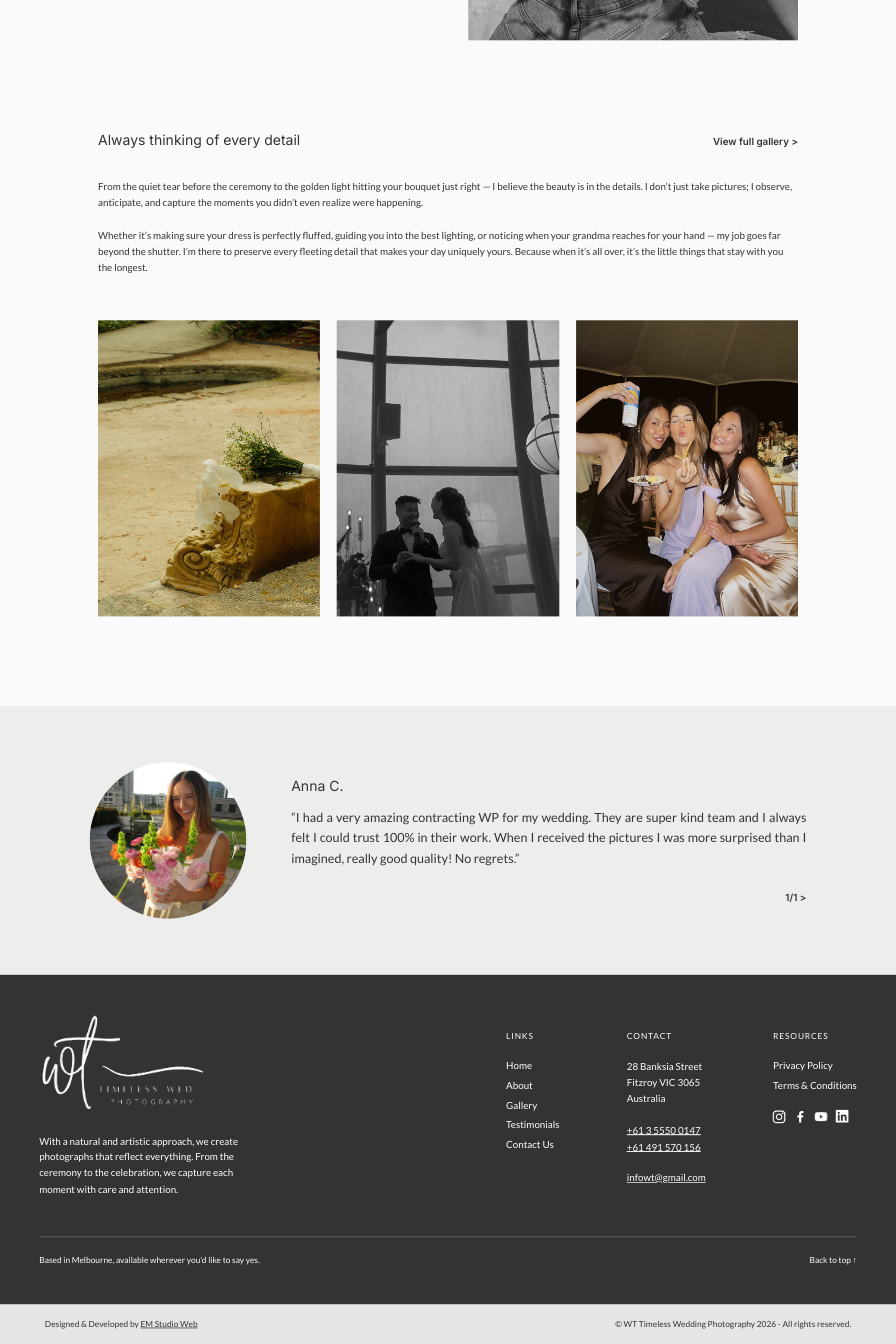
Repository: eduarda-magnago/wt-photography
Page: /
These files come from the project's save history. The page is drawn as it stood at one moment and after the next save; the edit follows.
The browser window is 1280 px wide. The pictures show the part of the page from y = 1791 to 3711 px (the page is 3711 px tall), at 70% of full size.
Some web fonts or font styles are not loaded; a fallback is used. The project was rebuilt for these pictures with package versions that can differ from the ones it lists, and the page was loaded fresh each time. The framework's server and built-in components were replaced by stand-ins that run in the browser. Also part of the build but not shown: next.config.ts.

Above is the page before, as saved 2026-10-15 12:31:14.

After the next save:
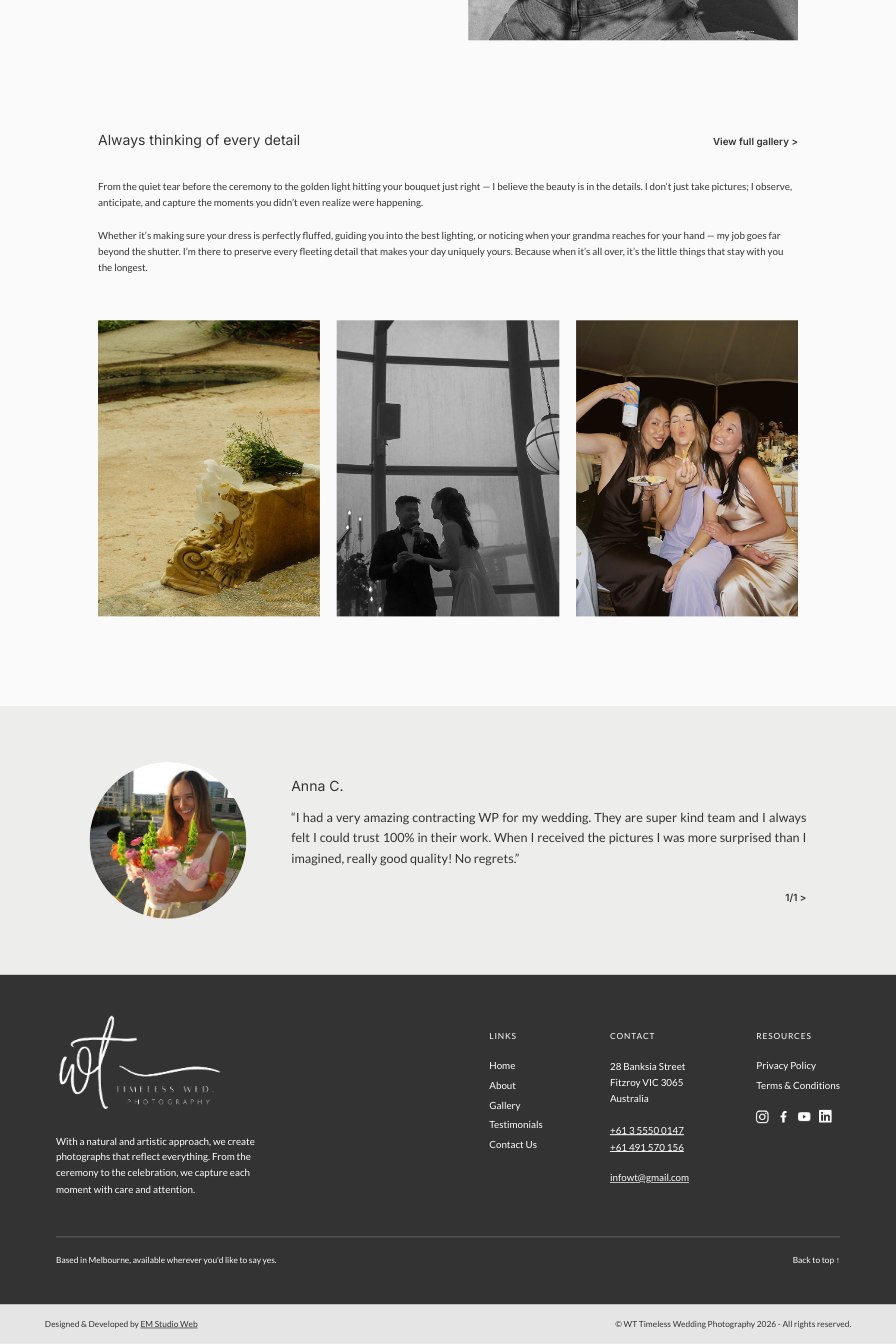
Saved 9 s later.
--- a/components/layout/footer.tsx
+++ b/components/layout/footer.tsx
@@ -14,7 +14,7 @@ const headingClass = "mb-6 text-xs uppercase tracking-widest";
 export default function Footer() {
   return (
     <footer>
-      <div className="bg-ink px-6 py-12 text-sm text-white md:px-14 md:py-14">
+      <div className="bg-ink px-6 py-12 text-sm text-white md:px-20 md:py-14">
         <div className="mx-auto max-w-[1600px]">
           <div className="grid gap-12 md:grid-cols-[1fr_auto_auto_auto] md:gap-24">
             <div>
